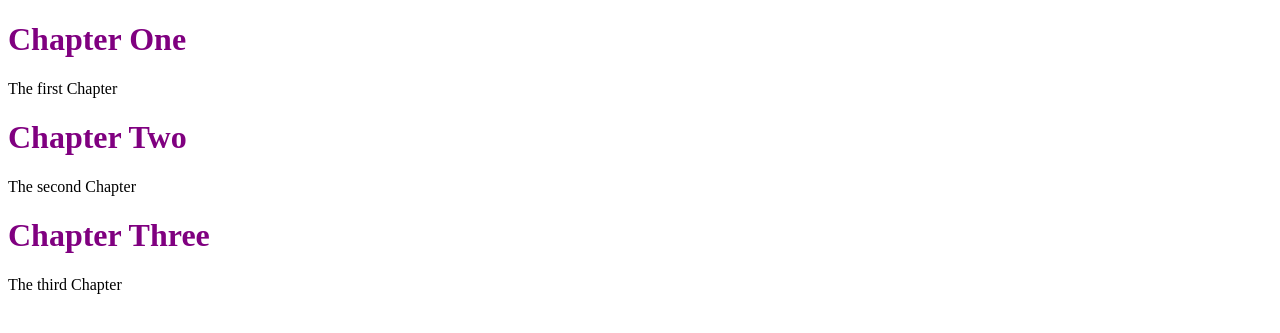
Repository: rajregmi98/metaintroductiontobackend
Page: i.html
These files come from the project's save history. The page is drawn as it stood at one moment and after the next save; the edit follows.
The browser window is 1280 px wide. The pictures show the whole page.

Above is the page before, as saved 2022-09-19 12:55:15.

After the next save:
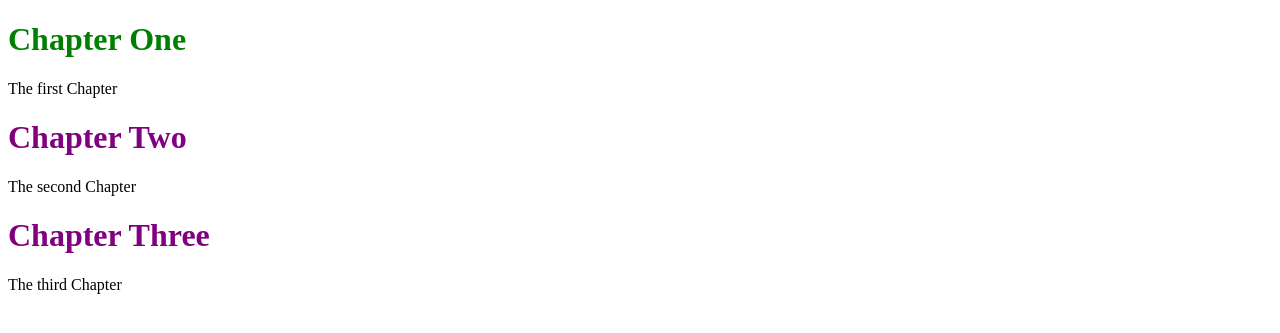
Saved 17 s later.
--- a/style.css
+++ b/style.css
@@ -3,3 +3,7 @@ h1{
     color: purple;
 
 }
+
+#header{
+    color: green;
+}
